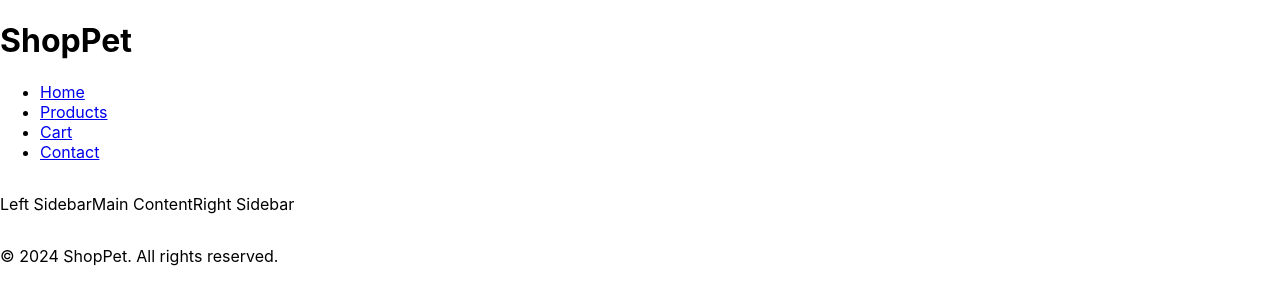
Repository: 20092004nam2k4/HappyPetsShop
Page: /
The author's editor kept a copy of each file at every save. The page is drawn from the files as they stood at one save, then again after a run of saves.
The browser window is 1280 px wide. The pictures show the whole page.
The project was rebuilt for these pictures with package versions that can differ from the ones it lists, and the page was loaded fresh each time.

Above is the page before, as saved 2024-07-10 11:16:22.

### src/App.js
import React from 'react';
import { BrowserRouter as Router, Route, Routes } from 'react-router-dom';
import Home from './pages/Home';

const App = () => {
  return (
    <Router>
      <Routes>
        <Route path="/" element={<Home />} />
        {/* Thêm các tuyến đường khác nếu cần */}
      </Routes>
    </Router>
  );
};

export default App;

### src/pages/Home.js
import React from 'react';
import Header from '../components/Header';
import Footer from '../components/Footer';
import Menu from '../components/Menu';
import LeftSidebar from '../components/LeftSidebar';
import RightSidebar from '../components/RightSidebar';
import Content from '../components/Content';

const Home = () => {
  return (
    <div>
      <Header />
      <Menu />
      <div style={{ display: 'flex' }}>
        <LeftSidebar />
        <Content />
        <RightSidebar />
      </div>
      <Footer />
    </div>
  );
};

export default Home;

### src/components/Header.js
import React from 'react';

const Header = () => {
  return (
    <header>
      <a></a><h1>ShopPet</h1>
    </header>
  );
};

export default Header;

### src/components/Footer.js
import React from 'react';

const Footer = () => {
  return (
    <footer>
      <p>&copy; 2024 ShopPet. All rights reserved.</p>
    </footer>
  );
};

export default Footer;

### src/components/Menu.js
import React from 'react';
import { Link } from 'react-router-dom';

const Menu = () => {
  return (
    <nav>
      <ul>
        <li><Link to="/">Home</Link></li>
        <li><Link to="/products">Products</Link></li>
        <li><Link to="/cart">Cart</Link></li>
        <li><Link to="/contact">Contact</Link></li>
      </ul>
    </nav>
  );
};

export default Menu;

### src/components/LeftSidebar.js
import React from 'react';

const LeftSidebar = () => {
  return (
    <aside>
      <p>Left Sidebar</p>
    </aside>
  );
};

export default LeftSidebar;

### src/components/RightSidebar.js
import React from 'react';

const RightSidebar = () => {
  return (
    <aside>
      <p>Right Sidebar</p>
    </aside>
  );
};

export default RightSidebar;

### src/components/Content.js
import React from 'react';

const Content = () => {
  return (
    <main>
      <p>Main Content</p>
    </main>
  );
};

export default Content;

Loaded but not shown: public/index.html (common file); src/index.js (common file); src/index.css (common file); src/reportWebVitals.js (common file)

After the next 13 saves:
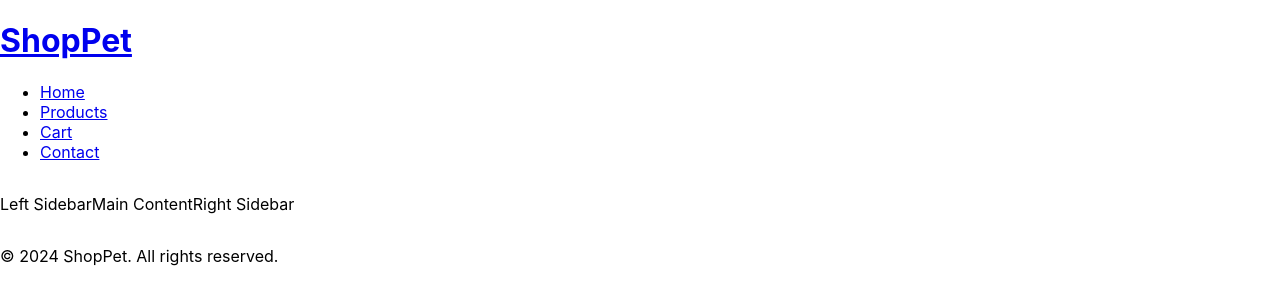
The 13 saves are shown as one change because 1 did not build or start and some came seconds apart.
The last was saved 35 s later.
--- a/src/components/Header.js
+++ b/src/components/Header.js
@@ -3,7 +3,7 @@
 const Header = () => {
   return (
     <header>
-      <a></a><h1>ShopPet</h1>
+      <a href="/"><h1>ShopPet</h1></a>
     </header>
   );
 };
